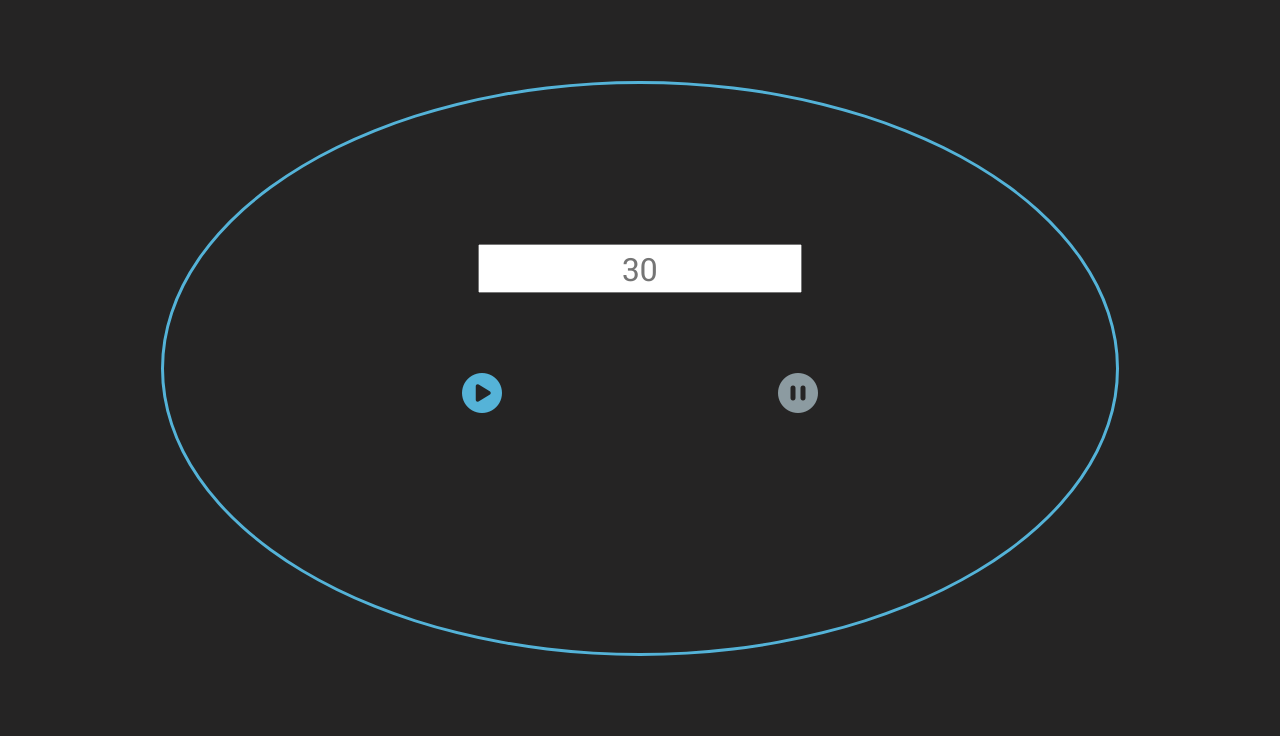
Repository: Sbethm/javascript-challenges
Page: index.html
The author's editor kept a copy of each file at every save. The page is drawn from the files as they stood at one save, then again after a run of saves.
The browser window is 1280 px wide. The pictures show the whole page.
Some web libraries are served in a nearby version. The style sheet was rebuilt from its Sass, Less or Tailwind sources for each picture, by a compiler version that may differ from the author's.

Above is the page before, as saved 2021-09-17 09:46:35.

After the next 10 saves:
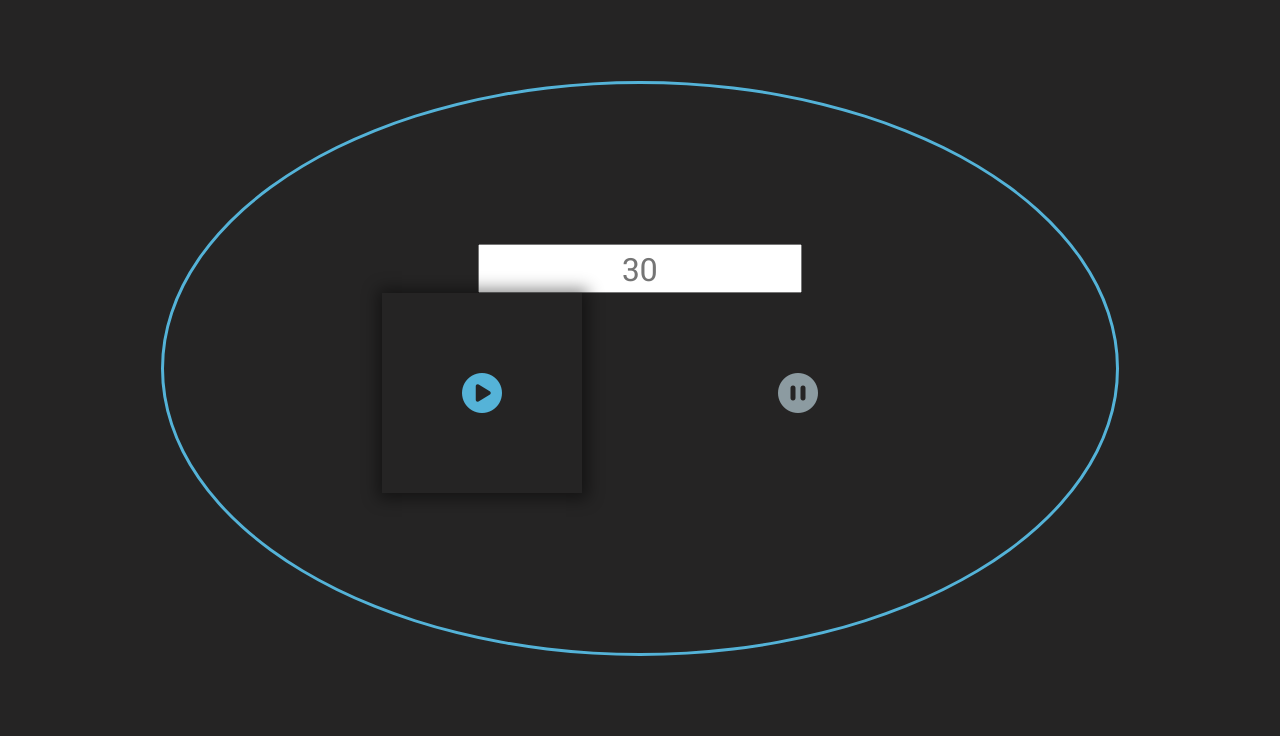
The 10 saves are shown as one change because 1 did not build or start and some came seconds apart.
The last was saved 83 s later.
--- a/SCSS/main.scss
+++ b/SCSS/main.scss
@@ -45,14 +45,14 @@ i {
 }
 
 .fa-pause-circle {
-    color: $inactiveColor;
     grid-area: 2 / 2 / 3 / 3;
 }
 
 .active {
     color: $activeColor;
+    box-shadow: 1px 1px 15px 5px rgba(0,0,0,0.46);
 }
 
 .inactive {
-
+    color: $inactiveColor;
 }
